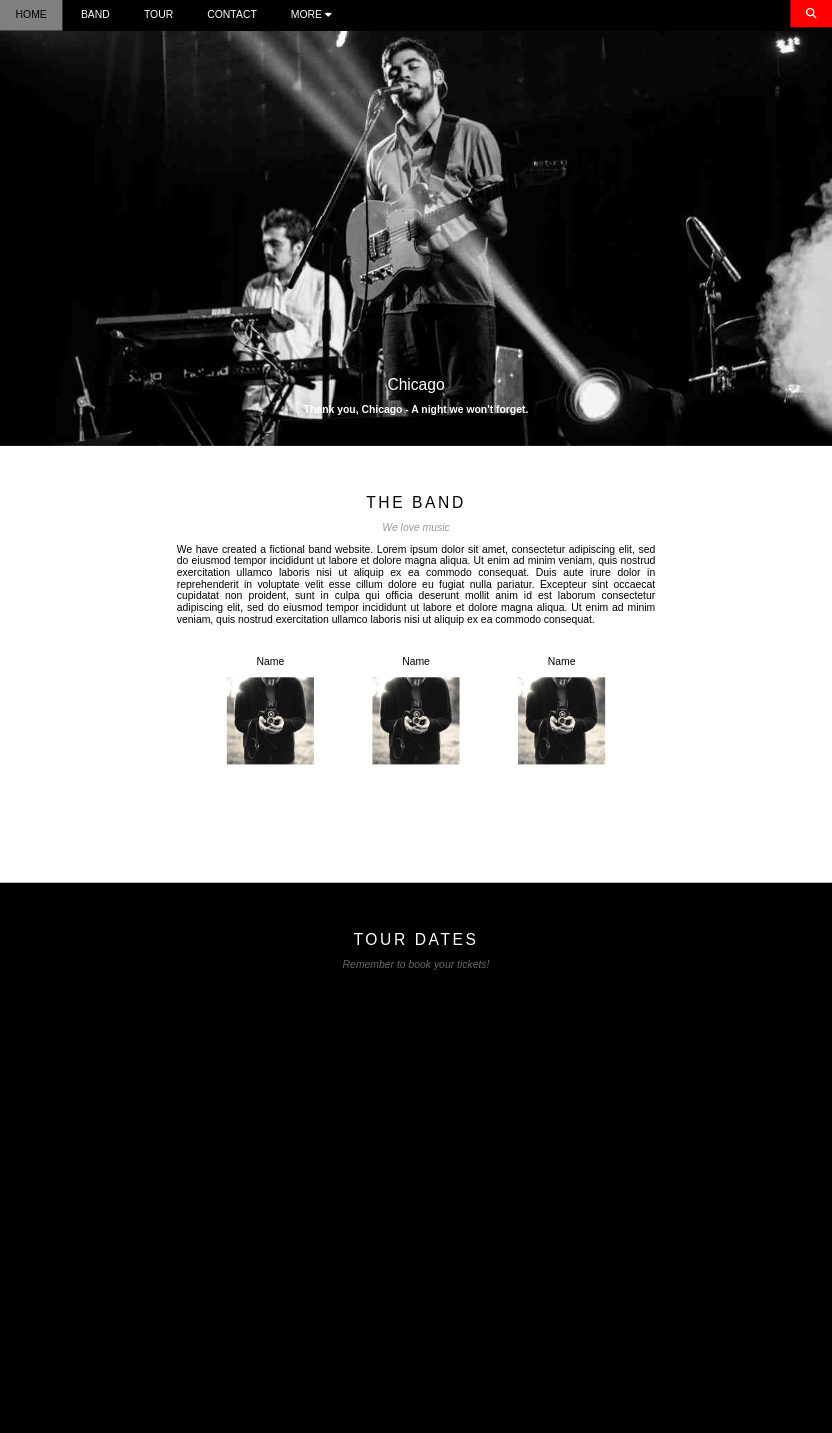
Repository: ngotranphuongbao/theband
Page: index.html
The author's editor kept a copy of each file at every save. The page is drawn from the files as they stood at one save, then again after the next save.
The browser window is 1280 px wide. The pictures show the whole page, at 65% of full size.
Some web libraries are served in a nearby version.

Above is the page before, as saved 2022-12-21 22:07:14.

After the next save:
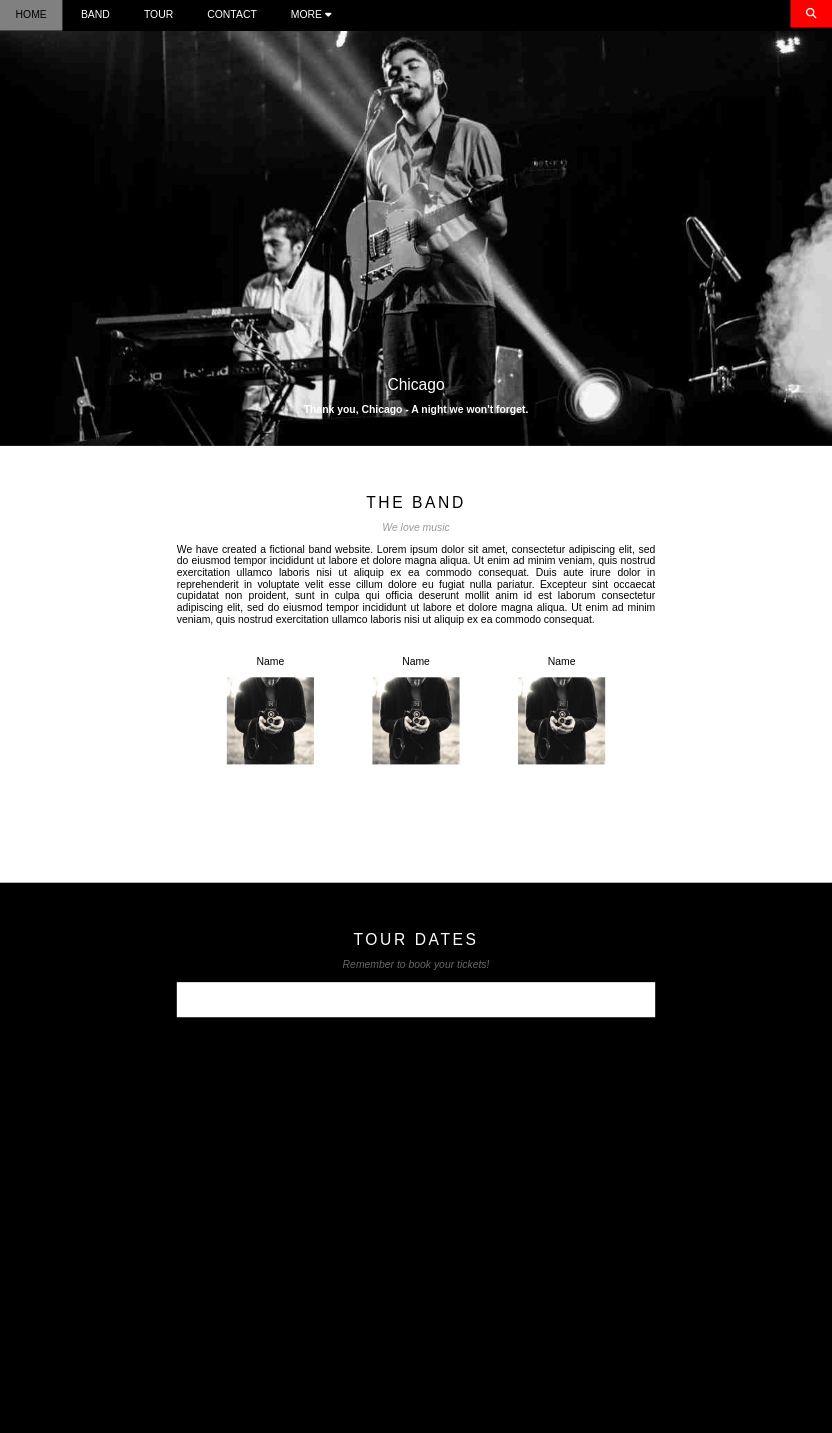
Saved 69 s later.
--- a/index.html
+++ b/index.html
@@ -71,9 +71,9 @@
                     <h2 class="content-title">Tour dates</h2>
                     <p class="content-subtitle">Remember to book your tickets!</p>
                     <ul id="booking">
-                        <li></li>
-                        <li></li>
-                        <li></li>
+                        <li>September</li>
+                        <li>October</li>
+                        <li>November</li>
                     </ul>
                 </div>
 
